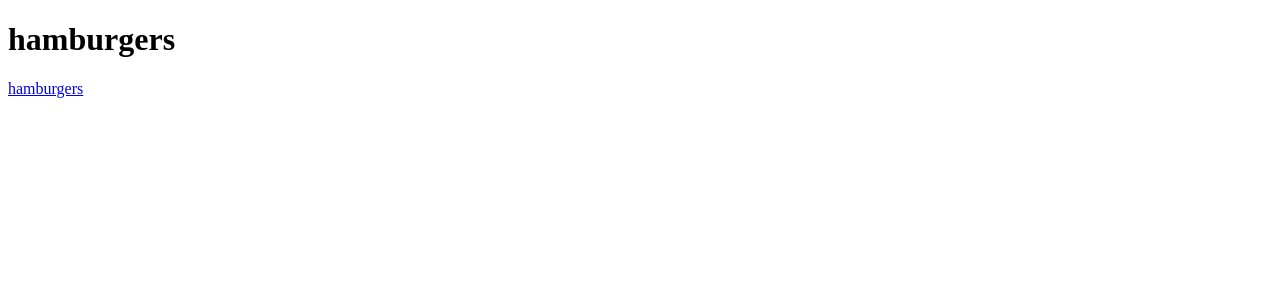
Repository: Spencertainty/practice-time
Page: odin-recipes/recipes/hamburgers.html
The author's editor kept a copy of each file at every save. The page is drawn from the files as they stood at one save, then again after the next save.
The browser window is 1280 px wide. The pictures show the whole page.

Above is the page before, as saved 2023-10-26 02:53:36.

After the next save:
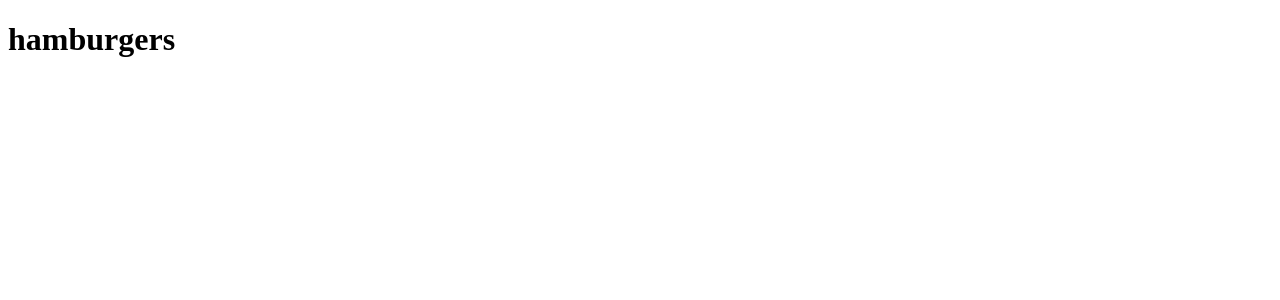
Saved 22 s later.
--- a/odin-recipes/recipes/hamburgers.html
+++ b/odin-recipes/recipes/hamburgers.html
@@ -18,7 +18,6 @@
             <p class="browsehappy">You are using an <strong>outdated</strong> browser. Please <a href="#">upgrade your browser</a> to improve your experience.</p>
         <![endif]-->
         <h1>hamburgers</h1>
-        <a href="recipes/hamburgers.html">hamburgers</a>
         <script src="" async defer></script>
     </body>
 </html>

After the save that followed:
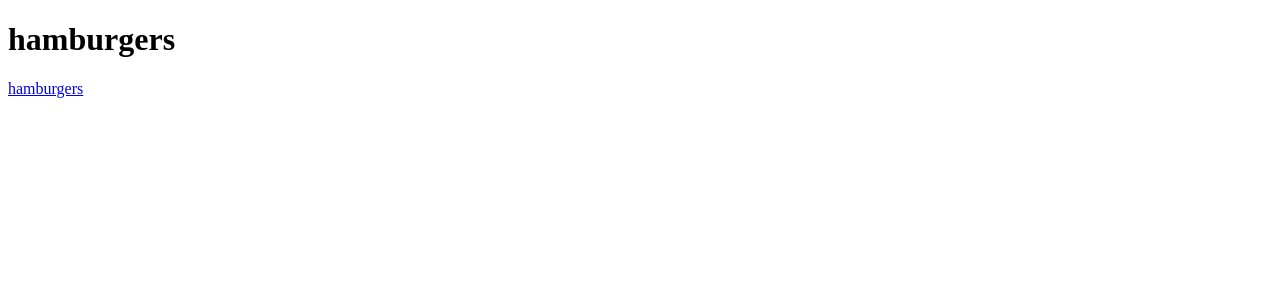
Saved 23 s later.
--- a/odin-recipes/recipes/hamburgers.html
+++ b/odin-recipes/recipes/hamburgers.html
@@ -18,6 +18,7 @@
             <p class="browsehappy">You are using an <strong>outdated</strong> browser. Please <a href="#">upgrade your browser</a> to improve your experience.</p>
         <![endif]-->
         <h1>hamburgers</h1>
+        <a href="recipes/hamburgers.html">hamburgers</a>
         <script src="" async defer></script>
     </body>
 </html>
